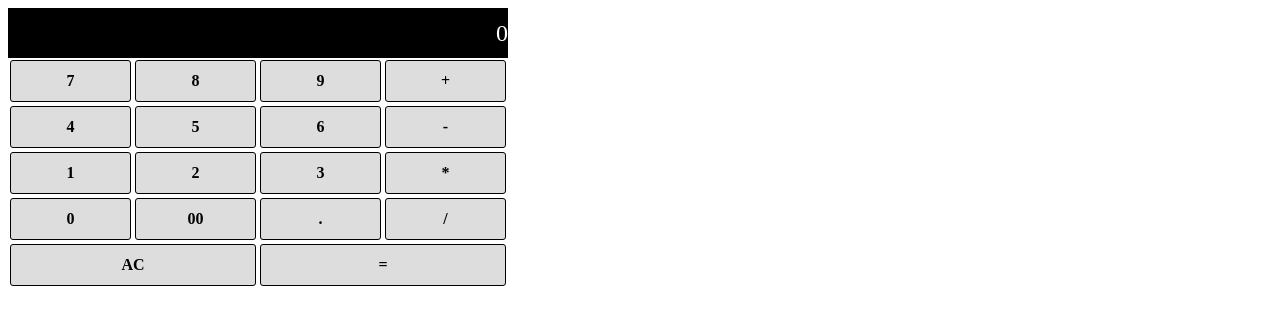
Repository: masa-rock/kadai_jquery_2
Page: index.html
The author's editor kept a record of every edit. The page is drawn from the files as they stood at one moment, then again after the next edit.
The browser window is 1280 px wide. The pictures show the whole page.
Some web libraries are served in a nearby version.

Above is the page before.

### index.html
    <!DOCTYPE html>
    <html lang="en">
      <head>
        <meta charset="utf-8">
        <script src="https://code.jquery.com/jquery-3.2.1.js" integrity="sha256-DZAnKJ/6XZ9si04Hgrsxu/8s717jcIzLy3oi35EouyE=" crossorigin="anonymous"></script>
        <link rel="stylesheet" href="style.css">
        <title>電卓</title>
      </head>

      <body>
        <div class="calculator">
          <div class="calculator_display">0</div>
          <div class="calculator_commands">
            <div class="calculator_command">
              <div class="com com_7">7</div>
              <div class="com com_8">8</div>
              <div class="com com_9">9</div>
              <div id= "com_cal">+</div>
            </div>
            <div class="calculator_command">
              <div class="com com_4">4</div>
              <div class="com com_5">5</div>
              <div class="com com_6">6</div>
              <div id= "com_cal">-</div>
            </div>
            <div class="calculator_command">
              <div class="com com_1">1</div>
              <div class="com com_2">2</div>
              <div class="com com_3">3</div>
              <div id= "com_cal">*</div>
            </div>
            <div class="calculator_command">
              <div class="com com_0">0</div>
              <div class="com com_00">00</div>
              <div class="com com_decimal_point">.</div>
              <div id= "com_cal">/</div>
            </div>
            <div class="calculator_command">
              <div class="com_ac">AC</div>
              <div class="com_equal">=</div>
            </div>
          </div>
        </div>


        <script src="main.js"></script>
      </body>
    </html>

### style.css
.calculator{
  width:500px;
}

.calculator_display{
  width:100%;
  height: 50px;
  line-height: 50px;
  font-size:24px;
  background-color: #000;
  text-align: right;
  color:#fff;
}

.calculator_command{
  display: flex;
  justify-content:space-between;
}

.calculator_command div{
  width: 100%;
  height:40px;
  line-height: 40px;
  margin:2px;
  font-weight: bold;
  background-color:#ddd;
  border:solid 1px #000;
  border-radius: 3px;
  text-align: center;

}

### main.js
$(document).ready(function(){

  let push_num = [];
  let result ="";
  let num_1 = "";
  var receive_num="";
  var len_array ="";


  // 数字ボタン操作
  $('.com').on('click',function(){
    receive_num = $(this).text();
    len_array = push_num.length;
    // 0,00の初回入力防止
    if (len_array == 0 && (receive_num == 0 || receive_num == 00)){
      $(".calculator_display").text(0);
    }else{
      push_num.push(receive_num);
      num_1 = push_num.join('');
      $(".calculator_display").text(num_1);
      $(".com_cal").disabled = true;
    }
  });

  // 四則演算ボタン操作
  $('#com_cal').on('click',function(){
    push_num.push($(this).text());
    num_1 = push_num.join('');
    $(".calculator_display").text(num_1);
    $("#")

  });

  // ACボタン操作
  $('.com_ac').on('click',function(){
    push_num = [];
    num_1 = "";
    $(".calculator_display").text(0);
  });

  // equalボタン操作
  $('.com_equal').on('click',function() {
      result = eval(num_1);
      $(".calculator_display").text(result);
      push_num = [result];
  });
});


// ○+△-□ができるようにする
// ++,*-など連続がないようにする。

After the next edit:
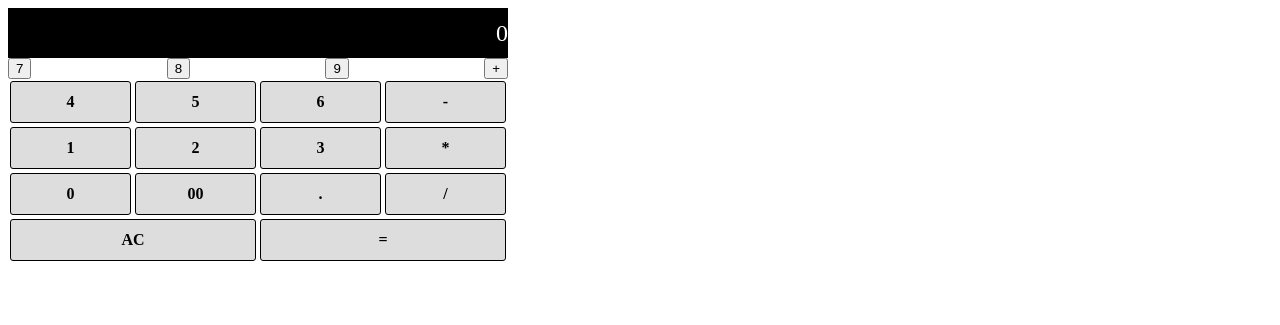
The edit:
--- a/index.html
+++ b/index.html
@@ -12,10 +12,10 @@
           <div class="calculator_display">0</div>
           <div class="calculator_commands">
             <div class="calculator_command">
-              <div class="com com_7">7</div>
-              <div class="com com_8">8</div>
-              <div class="com com_9">9</div>
-              <div id= "com_cal">+</div>
+              <button class="com com_7">7</button>
+              <button class="com com_8">8</button>
+              <button class="com com_9">9</button>
+              <button id= "com_cal">+</div>
             </div>
             <div class="calculator_command">
               <div class="com com_4">4</div>
